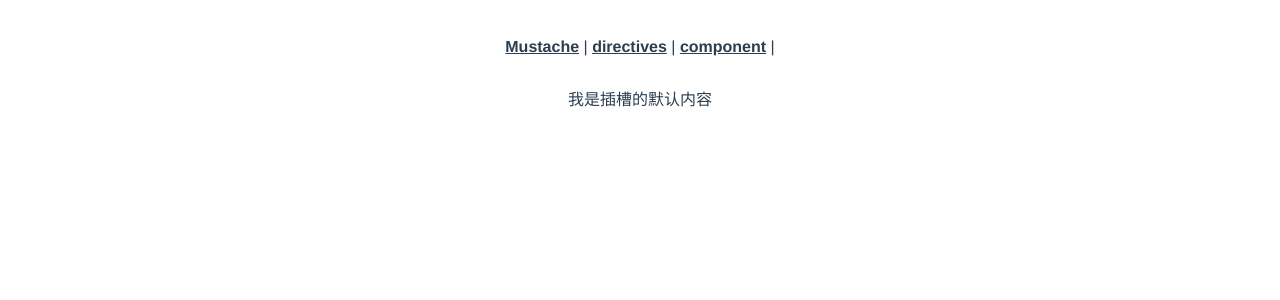
Repository: yeyanghui0616/my-vue2-learning
Page: /slot
An editor plug-in stored every save of this project. The page is shown before and after the next save, followed by the edit.
The browser window is 1280 px wide. The pictures show the whole page.
The project was rebuilt for these pictures with package versions that can differ from the ones it lists, and the page was loaded fresh each time. Also part of the build but not shown: src/views/Mustache.vue, src/components/globalComponent.vue.

Above is the page before, as saved 2023-08-30 22:04:41.

After the next save:
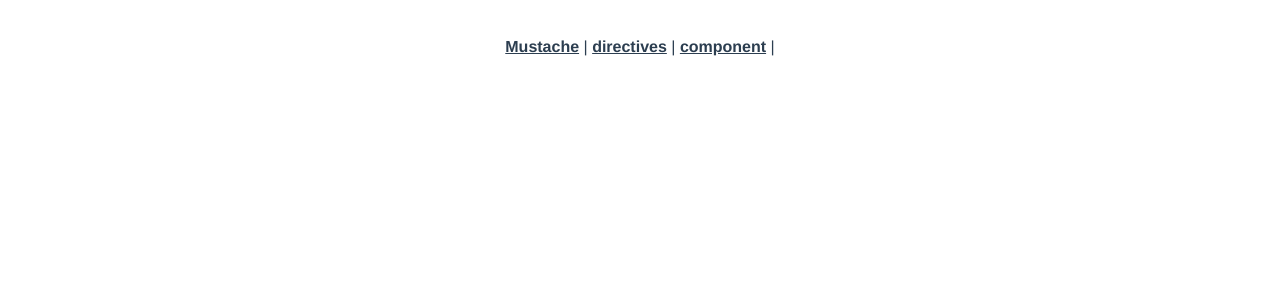
Saved 19 s later.
--- a/src/views/slot.vue
+++ b/src/views/slot.vue
@@ -1,6 +1,6 @@
 <template>
   <div>
-    <slot>我是插槽的默认内容</slot>
+    <slotComponent></slotComponent>
   </div>
 </template>
 
